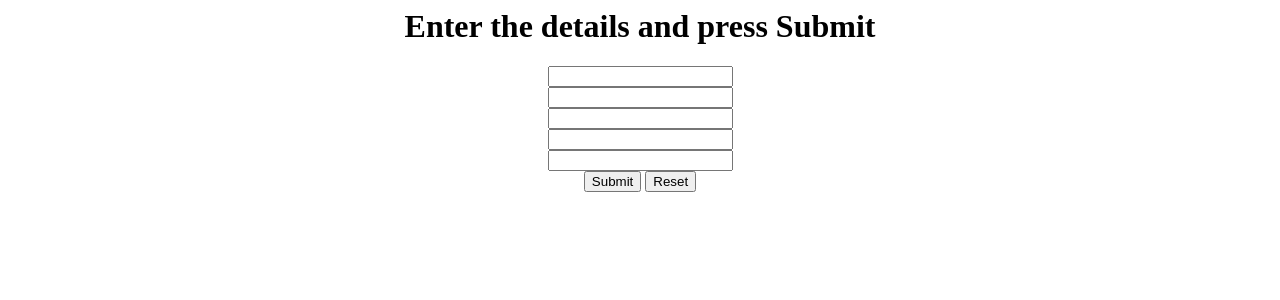
Repository: Abinayasivapraba/Project2
Page: ChatZoneFE/WebContent/User/Register.html
An editor plug-in stored every save of this project. The page is shown before and after the next save, followed by the edit.
The browser window is 1280 px wide. The pictures show the whole page.

Above is the page before, as saved 2017-05-11 08:40:53.

After the next save:
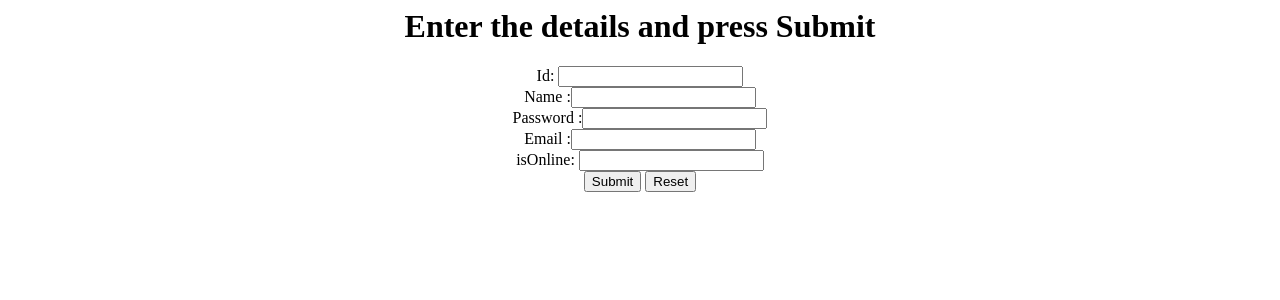
Saved 42 s later.
--- a/ChatZoneFE/WebContent/User/Register.html
+++ b/ChatZoneFE/WebContent/User/Register.html
@@ -3,11 +3,11 @@
 <center>
 <div class="formcontainer">
 <form ng-submit="ctrl.submit()" name="myForm" class="form-horizontal">
-<input type="text" ng-model="ctrl.user.userId"/><br>
-<input type="text" ng-model="ctrl.user.userName" /><br>
-<input type="text" ng-model="ctrl.user.userPassword" /><br>
-<input type="text" ng-model="ctrl.user.userEmail" /><br>
-<input type="text" ng-model="ctrl.user.isOnline" /><br>
+Id: <input type="text" ng-model="ctrl.user.userId"/><br>
+Name :<input type="text" ng-model="ctrl.user.userName" /><br>
+Password :<input type="text" ng-model="ctrl.user.userPassword" /><br>
+Email :<input type="text" ng-model="ctrl.user.userEmail" /><br>
+isOnline: <input type="text" ng-model="ctrl.user.isOnline" /><br>
 <input type="submit" value="Submit">
 <button type="button" ng-click="ctrl.reset()">Reset</button>
 </form>
